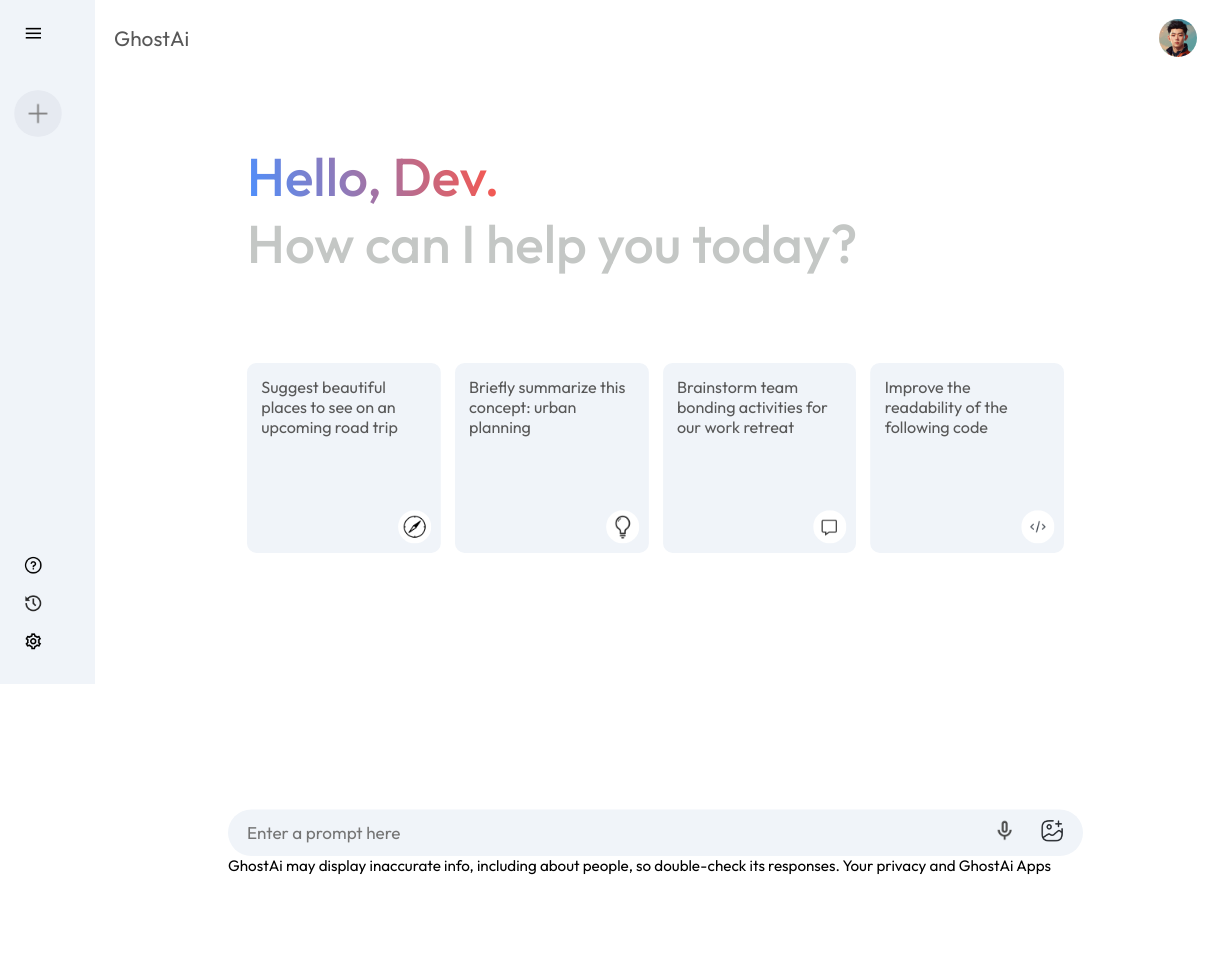
Repository: diyorbe-beep/GhostAi
Page: /
The author's editor kept a copy of each file at every save. The page is drawn from the files as they stood at one save, then again after the next save.
The browser window is 1280 px wide. The pictures show the whole page, at 95% of full size.
The project was rebuilt for these pictures with package versions that can differ from the ones it lists, and the page was loaded fresh each time. Also part of the build but not shown: vite.config.js.

Above is the page before, as saved 2025-08-31 13:49:21.

After the next save:
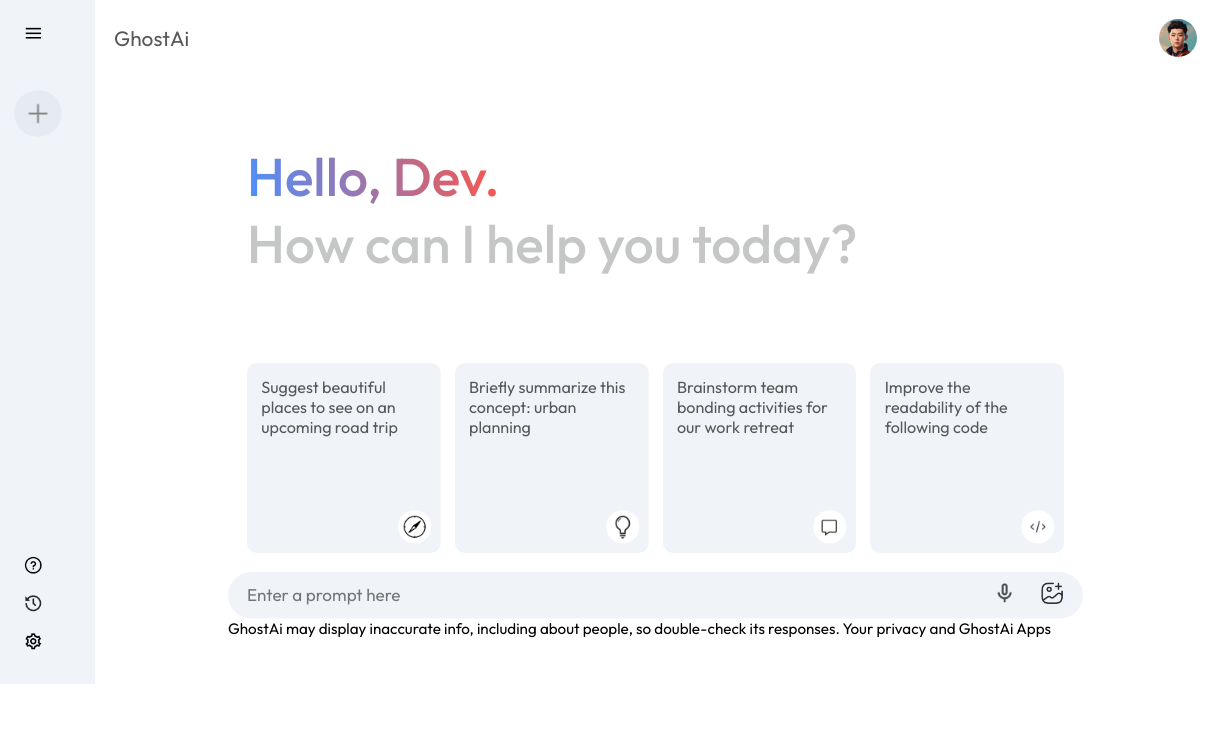
Saved 5 s later.
--- a/src/components/main/main.css
+++ b/src/components/main/main.css
@@ -52,7 +52,7 @@
   border-radius: 10px;
   position: relative;
   cursor: pointer;
-  margin-bottom: 250px;
+  margin-bottom: 29 0px;
 }
 
 .main .card img {
